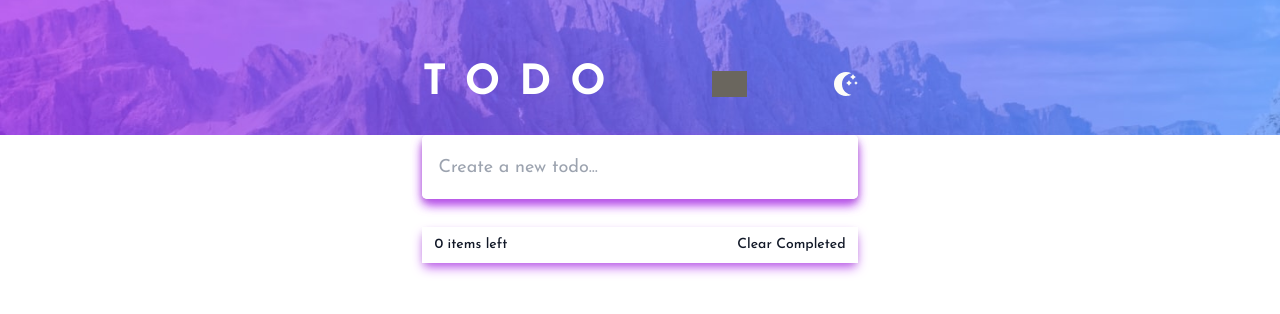
Repository: ikram-lisa/todo-list
Page: /
The author's editor kept a copy of each file at every save. The page is drawn from the files as they stood at one save, then again after the next save.
The browser window is 1280 px wide. The pictures show the whole page.
Pictures or frames that could not be fetched are drawn as grey boxes. The project was rebuilt for these pictures with package versions that can differ from the ones it lists, and the page was loaded fresh each time. Also part of the build but not shown: vite.config.js.

Above is the page before, as saved 2024-05-15 09:01:13.

### src/main.jsx
import React from "react";
import ReactDOM from "react-dom/client";
import App from "./App.jsx";
import "./css/style.scss";
ReactDOM.createRoot(document.getElementById("root")).render(
  <React.StrictMode>
    <App />
  </React.StrictMode>
);

### src/App.jsx
import Defaultlayout from "./layout/defaultlayout";
import Todolist from "./pages/Todolist";
const App = () => {
  return (
    <>
      <Defaultlayout>
        <Todolist />
      </Defaultlayout>
    </>
  );
};
export default App;

### src/css/style.scss
@use "./base/fonts";
@use "./base/variable" as *;
@use "./base/mixins" as *;
@tailwind base;
@tailwind components;
@tailwind utilities;

body {
  font-size: 18px;
  font-family: "Josefin Sans", sans-serif;
  font-weight: 400;
}

.container-todo {
  width: 100%;
  height: 100vh;
}
.bg-light-theme {
  background-image: url("../assets/images/bg-desktop-light.jpg");
  background-position: center;
  background-size: cover;
  overflow-x: hidden;

  width: 100%;
}

.bg-dark-theme {
  background-image: url("../assets/images/bg-desktop-dark.jpg");
  background-position: center;
  background-size: cover;
  overflow-x: hidden;

  width: 100%;
}
.theme-content {
  width: 34%;
  margin: 53px auto;
  margin-bottom: 20px !important;
  h1 {
    font-weight: 700;
    color: white;
    font-size: 2.6rem;
    letter-spacing: 19px;
  }
  img {
    width: 100%;
    max-width: 35px;
    height: auto;
    display: block;
    cursor: pointer;
    filter: invert(104%) sepia(29%) brightness(99%);
  }
}
.form {
  width: 34%;
  margin: 0 auto;
}
.search {
  box-shadow: hsl(280, 87%, 65%) 0px 6px 12px -2px,
    rgba(0, 0, 0, 0.3) 0px 3px 7px -3px;
}
.input-search {
  outline: none;
}

/* Custom classes for specific page layouts */
.custom-checkbox input[type="checkbox"] {
  @include customCheckbox;
}

.custom-checkbox .checkbox-custom {
  @include checkboxCustom;
}

.custom-checkbox input[type="checkbox"]:checked + .checkbox-custom {
  @include checkedCheckboxCustom;
}

.custom-checkbox input[type="checkbox"]:checked + .checkbox-custom:after {
  @include checkedCheckboxCustomAfter;
}

.checklist-item {
  margin-bottom: 0.5rem;
  padding: 0.5rem;
  border-radius: 5px;
}
.checklist-label-title {
  background-color: red;
}

.checklist-label {
  margin-left: 0.5rem;
}
.result {
  box-shadow: hsl(280, 87%, 65%) 0px 6px 12px -2px,
    rgba(0, 0, 0, 0.3) 0px 3px 7px -3px;
}
.checked {
  text-decoration: line-through;
  opacity: 0.6;
  text-decoration-color: #323233;
  color: $DarkGrayishBlue;
}

### src/layout/defaultlayout.jsx
const defaultlayout = ({ children }) => {
  return (
    <>
      <section>{children}</section>
    </>
  );
};
export default defaultlayout;

### src/pages/Todolist.jsx
import { useState } from "react";
import Light from "../assets/images/light.svg";
import Dark from "../assets/images/dark.svg";
import Form from "../components/Form";
const Todolist = () => {
  const [theme, setTheme] = useState("light");
  const handleToggle = () => {
    setTheme(theme === "light" ? "dark" : "light");
  };
  return (
    <>
      <section
        className={`container-todo relative${
          theme === "light" ? "bg-white" : "bg-VeryDarkBlueish"
        }`}
      >
        <div
          className={`theme  ${
            theme === "light" ? "bg-light-theme" : "bg-dark-theme"
          } `}
        >
          <div className="theme-content flex justify-between items-center">
            <h1>TODO</h1>
            <img src="../assets/images/moon.svg" alt="" />
            <button onClick={handleToggle}>
              {theme === "light" ? (
                <img src={Dark} alt="dark mode" />
              ) : (
                <img src={Light} alt="light mode" />
              )}
            </button>
          </div>
        </div>
        <div className="form">
          <Form theme={theme} />
        </div>
      </section>
    </>
  );
};
export default Todolist;

### src/css/base/_fonts.scss
@import url("https://fonts.googleapis.com/css2?family=Josefin+Sans:ital,wght@0,100..700;1,100..700&family=Kumbh+Sans:wght@100..900&family=Montserrat:ital,wght@0,100..900;1,100..900&family=Open+Sans:ital,wght@0,400;0,600;0,700;0,800;1,400;1,700;1,800&family=Poppins:ital,wght@0,200;0,300;0,400;0,500;0,600;0,700;0,800;0,900;1,100;1,200;1,300;1,400;1,500;1,600;1,700;1,800;1,900&display=swap");

### src/css/base/_variable.scss
// ### Light Theme

$VeryLightGray: hsl(0, 0%, 98%);
$VeryLightGrayishBlue: hsl(236, 33%, 92%);
$LightGrayishBlue: hsl(233, 11%, 84%);
$DarkGrayishBlue: hsl(236, 9%, 61%);
$VeryDarkGrayishBlue: hsl(235, 19%, 35%);

// ### Dark Theme

$VeryDarkBlue: hsl(235, 21%, 11%);
$VeryDarkBlueish: hsl(235, 24%, 19%);
$LightGrayishBlue: hsl(234, 39%, 85%);
$LightGrayishBlue: hsl(236, 33%, 92%);
$DarkGrayishBlue: hsl(234, 11%, 52%);
$VeryDarkGrayishBlue: hsl(233, 14%, 35%);
$VeryDarkGrayishBlue: hsl(237, 14%, 26%);

### src/css/base/_mixins.scss
@mixin customCheckbox {
  display: none;
}

@mixin checkboxCustom {
  width: 23px;
  height: 23px;
  border: 2px solid #ccc;
  display: inline-block;
  margin-right: 10px;
  vertical-align: middle;
  cursor: pointer;
  border-radius: 50%;
  top: 4px;
}

@mixin checkedCheckboxCustom {
  background-image: linear-gradient(
    to right,
    hsl(192, 100%, 67%),
    hsl(280, 87%, 65%)
  );
  display: flex;
  justify-content: center;
  align-items: center;
  border: none;
}

@mixin checkedCheckboxCustomAfter {
  content: "";

  width: 5px;
  height: 8px;
  border: solid white;
  border-width: 0 3px 3px 0;
  transform: rotate(45deg);
}

### src/components/Form.jsx
import { useState } from "react";
import Tab from "./TabBar";

/* eslint-disable react/prop-types */
const Form = ({ theme }) => {
  const [todos, setTodos] = useState([]);
  const [inputValue, setInputValue] = useState("");
  const [filter, setFilter] = useState("all");
  const handleChange = (e) => {
    setInputValue(e.target.value);
  };
  const handleSubmit = (e) => {
    e.preventDefault();
    if (inputValue.trim() === "") return;
    const newTodo = {
      id: todos.length + 1,
      text: inputValue,
      isCompleted: false,
    };
    setTodos([...todos, newTodo]);
    setInputValue("");
  };
  const handleToggleCompleted = (id) => {
    const updatedTodos = todos.map((todo) => {
      if (todo.id === id) {
        return { ...todo, isCompleted: !todo.isCompleted };
      }
      return todo;
    });
    setTodos(updatedTodos);
  };
  const handleDelete = (id) => {
    const updatedTodos = todos.filter((todo) => todo.id !== id);
    setTodos(updatedTodos);
    console.log("deleted");
  };
  const handleDeleteAll = () => {
    setTodos([]);
  };
  const completedCount = todos.filter((todo) => todo.isCompleted).length;
  const getFilteredTodos = () => {
    switch (filter) {
      case "active":
        return todos.filter((todo) => !todo.isCompleted);
      case "completed":
        return todos.filter((todo) => todo.isCompleted);
      default:
        return todos;
    }
  };

  const filteredTodos = getFilteredTodos();
  return (
    <>
      <section className="search rounded-[5px] relative w-full h-16 flex items-center">
        <form
          onSubmit={handleSubmit}
          className="search rounded-[5px] relative w-full h-16 flex items-center"
        >
          <input
            type="text"
            value={inputValue}
            onChange={handleChange}
            className={`input-search block w-full p-4 text-lg text-gray-900 ${
              theme === "dark"
                ? "bg-VeryDarkBlueish text-white"
                : "bg-white text-gray-900"
            } rounded-[5px] w-full h-16 flex items-center`}
            placeholder="Create a new todo..."
          />
        </form>
      </section>
      <section className="result mt-7">
        <ul
          className={`w-full text-sm font-medium ${
            theme === "dark"
              ? "bg-VeryDarkBlueish text-white border-gray-600"
              : "bg-white text-gray-900 border-gray-200"
          } rounded-[5px]`}
        >
          {filteredTodos.map((todo) => (
            <li
              key={todo.id}
              className={`w-full border-b border-gray-500 rounded-t-lg dark:border-gray-600 ${
                todo.isCompleted ? "checked" : ""
              }`}
            >
              <div className="flex items-center justify-between ps-3">
                <label className="custom-checkbox flex items-center gap-3 w-full py-5 ms-2 text-sm font-medium">
                  <input
                    type="checkbox"
                    checked={todo.isCompleted}
                    onChange={() => handleToggleCompleted(todo.id)}
                    className="mr-5 mt-2"
                  />
                  <div className="checkbox-custom"></div>
                  {todo.text}{" "}
                </label>
                <button
                  type="button"
                  onClick={() => handleDelete(todo.id)}
                  className="ms-auto -ml-1.5 mr-[0.625rem] text-[transparent] font-bold hover:text-gray-500  p-1.5
       inline-flex items-center justify-center h-7 w-7 "
                >
                  <span className="sr-only">Close</span>
                  <svg
                    className="w-5 h-5"
                    aria-hidden="true"
                    xmlns="http://www.w3.org/2000/svg"
                    fill="none"
                    viewBox="0 0 14 14"
                  >
                    <path
                      stroke="currentColor"
                      strokeLinecap="round"
                      strokeLinejoin="round"
                      strokeWidth="2"
                      d="m1 1 6 6m0 0 6 6M7 7l6-6M7 7l-6 6"
                    />
                  </svg>
                </button>
              </div>
            </li>
          ))}

          <li className="w-full">
            <div className="flex items-center justify-between py-2 px-3">
              <span>{completedCount} items left</span>
              <div className="tab">
                <Tab setFilter={setFilter} currentFilter={filter} />
              </div>
              <button onClick={handleDeleteAll}>Clear Completed</button>
            </div>
          </li>
        </ul>
      </section>
    </>
  );
};
export default Form;

### src/components/TabBar.jsx
const Checklist = () => {
  return (
    <>
      <h1></h1>
    </>
  );
};
export default Checklist;

Loaded but not shown: index.html (common file); tailwind.config.js (1082 lines, source omitted)

After the next save:
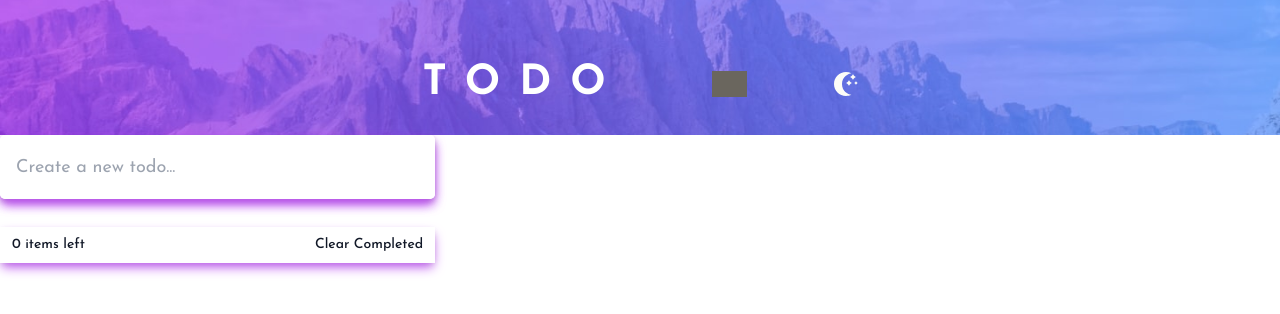
Saved 13 s later.
--- a/src/pages/Todolist.jsx
+++ b/src/pages/Todolist.jsx
@@ -31,7 +31,7 @@ const Todolist = () => {
             </button>
           </div>
         </div>
-        <div className="form">
+        <div className="form absolute">
           <Form theme={theme} />
         </div>
       </section>
